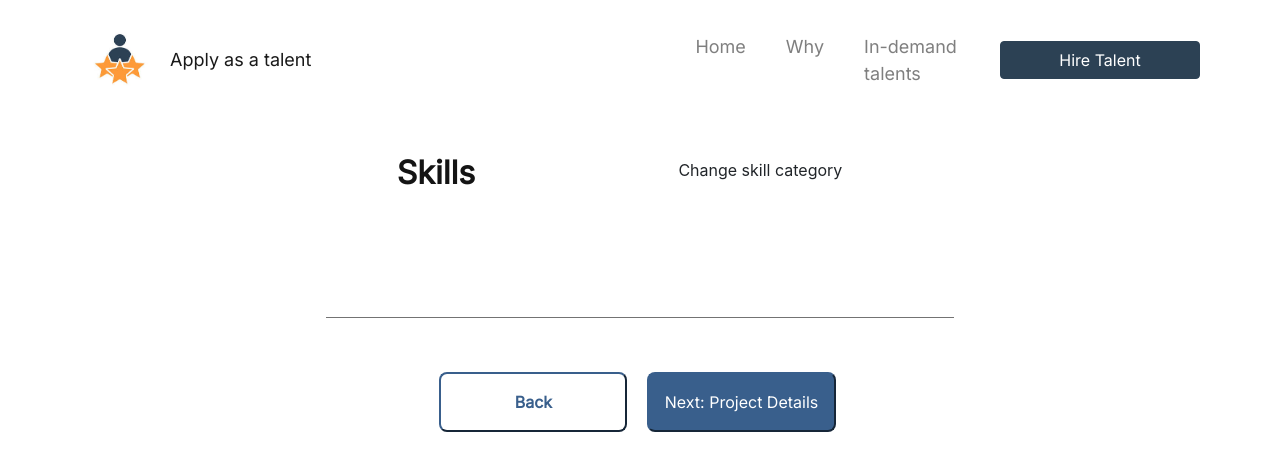
Repository: Ashwe9/talent-hire-reactJs
Page: /skills
These files come from the project's save history. The page is drawn as it stood at one moment and after the next save; the edit follows.
The browser window is 1280 px wide. The pictures show the whole page.
The project was rebuilt for these pictures with package versions that can differ from the ones it lists, and the page was loaded fresh each time. Also part of the build but not shown: src/homePage/components/TrustedBy/TrustedBy.css, src/homePage/components/TrustedBy/TrustedBy.js, src/homePage/components/Roles/Roles.css, src/homePage/components/Roles/Roles.js, src/homePage/components/homePageFooter/HomePageFooter.css, src/homePage/components/homePageFooter/HomePageFooter.js, src/homePage/HomePage.js, src/kpisPage/Header.css and 17 more.

Above is the page before, as saved 2022-08-25 15:35:28.

### public/index.html
<!DOCTYPE html>
<html lang="en">
  <head>
    <meta charset="utf-8" />
    <link rel="icon" href="%PUBLIC_URL%/favicon.ico" />
    <meta name="viewport" content="width=device-width, initial-scale=1" />
    <meta name="theme-color" content="#000000" />
    <meta
      name="description"
      content="Web site created using create-react-app"
    />
    <link rel="manifest" href="%PUBLIC_URL%/manifest.json" />
    <link rel="stylesheet" href="https://stackpath.bootstrapcdn.com/bootstrap/4.4.1/css/bootstrap.min.css" integrity="sha384-Vkoo8x4CGsO3+Hhxv8T/Q5PaXtkKtu6ug5TOeNV6gBiFeWPGFN9MuhOf23Q9Ifjh" crossorigin="anonymous">
    <link href='https://fonts.googleapis.com/css?family=Inter' rel='stylesheet'>

    <title>App</title>
  </head>
  <body>
    <noscript>You need to enable JavaScript to run this app.</noscript>
    <div id="root"></div>
    <script src="https://code.jquery.com/jquery-3.4.1.slim.min.js" integrity="sha384-J6qa4849blE2+poT4WnyKhv5vZF5SrPo0iEjwBvKU7imGFAV0wwj1yYfoRSJoZ+n" crossorigin="anonymous"></script>
    <script src="https://cdn.jsdelivr.net/npm/popper.js@1.16.0/dist/umd/popper.min.js" integrity="sha384-Q6E9RHvbIyZFJoft+2mJbHaEWldlvI9IOYy5n3zV9zzTtmI3UksdQRVvoxMfooAo" crossorigin="anonymous"></script>
    <script src="https://stackpath.bootstrapcdn.com/bootstrap/4.4.1/js/bootstrap.min.js" integrity="sha384-wfSDF2E50Y2D1uUdj0O3uMBJnjuUD4Ih7YwaYd1iqfktj0Uod8GCExl3Og8ifwB6" crossorigin="anonymous"></script>  </body>
</html>

### src/App.js
import React from 'react'
import { BrowserRouter as Router, Route, Routes, Navigate } from 'react-router-dom';
import { HomePage } from './homePage/HomePage';
import KPISPage from './kpisPage/KPISPage';
import ProjectDetails from './projectDetails/ProjectDetails';
import ProfessionalDetails from './professionalDetails/ProfessionalDetails';
import Skills from './skills/Skills';

function App() {
  return (
    <Router>
      <Routes>
        <Route exact path="*" element={<Navigate to="/" replace />}/>
        <Route exact path="/" element={<HomePage />} />
        <Route exact path="/kpis" element={<KPISPage />} />
        <Route exact path="/projectdetails" element={<ProjectDetails />} />
        <Route exact path="/professionaldetails" element={<ProfessionalDetails />} />
        <Route exact path="/skills" element={<Skills />} />

      </Routes>
    </Router>
  );
}

export default App;

### src/skills/Skills.js
import React from 'react'
import { Footer } from '../shared-components/Footer/Footer'
import { Navbar } from '../shared-components/Navbar/Navbar'
import Header from './Header'
import './Skills.css'

const Skills = () => {
  return (
    <div>
        <Navbar />
        <Header />
        <Footer nextTitle="Next: Project Details" nextPath="/projectdetails2" previousPath="/professionaldetails"/>
    </div>
  )
}

export default Skills

### src/shared-components/Navbar/Navbar.js
import React from 'react'
import './Navbar.css'
import { Navigate, useNavigate } from 'react-router-dom'

export const Navbar = () => {
  let navigate = useNavigate();

  return (
    <nav className="navbar navbar-expand-lg navbar-light">
      <img src= {require('../../assets/icon.png')} className="icon"/>
      <a className="navbar-brand title" href="#">Apply as a talent</a>
      <button className="navbar-toggler" type="button" data-toggle="collapse" data-target="#navbarText" aria-controls="navbarText" aria-expanded="false" aria-label="Toggle navigation">
        <span className="navbar-toggler-icon"></span>
      </button>
      <div className="collapse navbar-collapse" id="navbarText">
        <ul className="navbar-nav mr-auto">
          <li className="nav-item">
            <a className="nav-link" href="" onClick={() => {
                navigate('/', { replace: true });
              } }>Home</a>
          </li>

          <li className="nav-item">
            <a className="nav-link" href="#">Why</a>
          </li>
          <li className="nav-item">
            <a className="nav-link" href="#">In-demand talents</a>
          </li>
        </ul>
        <span className="navbar-text">
          <button className='btn btn-dark navbar-btn'>Hire Talent</button>
        </span>
      </div>
    </nav>
  )
}

### src/shared-components/Footer/Footer.js
import React from 'react'
import './Footer.css'
import { useNavigate  } from 'react-router-dom'


export  const Footer = ({nextTitle, nextPath, previousPath}) => {

  let navigate = useNavigate();

  const goNext = () => {
    let path =  nextPath;
    navigate(path);
  };
  const goBack = () => {
    let path =  previousPath;
    navigate(path);
  };

  return (
      <footer>
        <div className='Footer-box'>
            <hr id="footer-line"/>
            <div className='buttons'>
              <button className='Footer-button-back'
              onClick={goBack}
                >Back</button>

              <button className='Footer-button-next'
              onClick={goNext}
                >{nextTitle}</button>
        </div>
        </div>
      </footer>
    )
  }

### src/skills/Header.js
import React from 'react'
import './Header.css'


const Header = () => {
  return (
    <div className='box'>
      <div className='skills-header-box'>
        <p className='skills-header'>
            Skills
        </p>
      </div>
      <div className='category'>
        <p>
          Change skill category
        </p>
      </div>
    </div>
  )
}

export default Header

### src/shared-components/Navbar/Navbar.css
.icon{
    width: 80px;
}

.title{
    font-family: "Inter";
    font-style: normal;
    font-weight: 500;
    font-size: 18px;
    line-height: 28px;
    align-items: center;
    color: #444444;
    padding-left: 10px;
}

#navbarText{
    margin-left: 30%;
}
.navbar-items{
    margin: 0 35%;

}

.nav-item{
    font-family: "Inter";
    font-style: normal;
    font-weight: 500;
    font-size: 18px;
    align-items: center;
    color: #444444;
    padding-left: 24px;
}

.navbar-btn{
    font-family: "Inter";
    font-style: bold;
    background: #2c4154;
    /* padding: 5px 50px; */
    border-color: #2c4154;
    width: 200px;
}

.navbar{
    margin: 10px 5%;
}

@media only screen and (max-width: 600px) {
    body {
      background-color: lightblue;
    }
  }

### src/shared-components/Footer/Footer.css
#footer-line{
    background-color: gray;
    width: 50%;
}

.Footer-box{
    margin-top: 50px;
    padding: 1%;
}

.buttons{
    display: flex;
}

.Footer-button-back{
    margin-top: 3%;
    /* margin-left: 30%; */
    font-family: "Inter";
    font-style: bolder;
    font-weight: 700;
    padding: 1% 1%;
    background-color: white;
    border-color: #395f8c;
    color: #395f8c;
    height: 60px;
    width: 15%;
    border-radius: 0.5rem;
    margin-left: 34%;
    margin-bottom: 10%;
}
.Footer-button-next{
    margin-top: 3%;
    /* margin-left: 30%; */
    font-family: "Inter";
    font-style: bold;
    font-weight: 500;
    background: #395f8c;
    border-color: #395f8c;
    padding: 1% 1%;
    height: 60px;
    width: 15%;
    border-radius: 0.5rem;
    margin-bottom: 10%;
    margin-left: 20px;
    color: white;
    line-height: 1;
}

@media only screen and (max-width: 700px) {
    #footer-line{
        background-color: gray;
        width: 80%;
    }
    .Footer-button-next{
        padding: 2% ;
        height: 10%;
        width: fit-content;
        margin-left: 5%;
        font-size: 12px;
    }
    .Footer-button-back{
        padding: 2% ;
        height: 10%;
        width: 20%;
        margin-left: 20%;
        font-size: 12px;
    }
}

### src/skills/Header.css
.skills-header-box{
    padding: 3%;
    padding-bottom: 0%;
    align-items: center;
    width: 40%;
    margin-left: 28%;
}
.box{
    display: flex;
}

.category{
    padding: 3%;
    padding-bottom: 0%;
    align-items: center;
    width: 40%;
    margin-right: 28%;
}

.skills-header{
    font-family: "Inter";
    font-style: bolder;
    font-weight: 800;
    font-size: 32px;
    line-height: 30px;
    align-items: center;
    color: #141414;
    margin-bottom: 50px;
}


@media only screen and (max-width: 700px) {

    .skills-header{
        font-size: 16px;
    }
    .skills-header-box{
        margin-left: 40px;
        width: 100%;
    }
  }
@media only screen and (max-width: 450px) {
    .skills-header{
        font-size: 13px;
    }
    .skills-header-box{
        margin-left: 70px;
        width: 100%;
    }
}

Loaded but not shown: src/index.js (common file); src/reportWebVitals.js (common file); src/index.css (no stored copy; drawn as an empty file); src/kpisPage/KPISPage.css (no stored copy; drawn as an empty file); src/professionalDetails/ProfessionalDetails.css (no stored copy; drawn as an empty file); src/skills/Skills.css (no stored copy; drawn as an empty file)

After the next save:
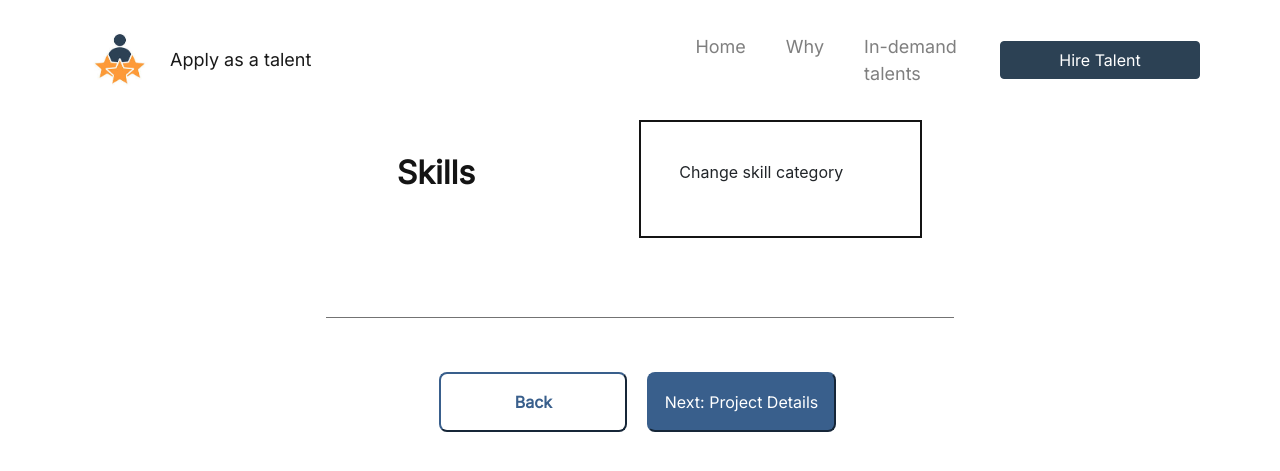
Saved 82 s later.
--- a/src/skills/Header.css
+++ b/src/skills/Header.css
@@ -15,6 +15,7 @@
     align-items: center;
     width: 40%;
     margin-right: 28%;
+    border: #141414 2px solid;
 }
 
 .skills-header{

After the save that followed:
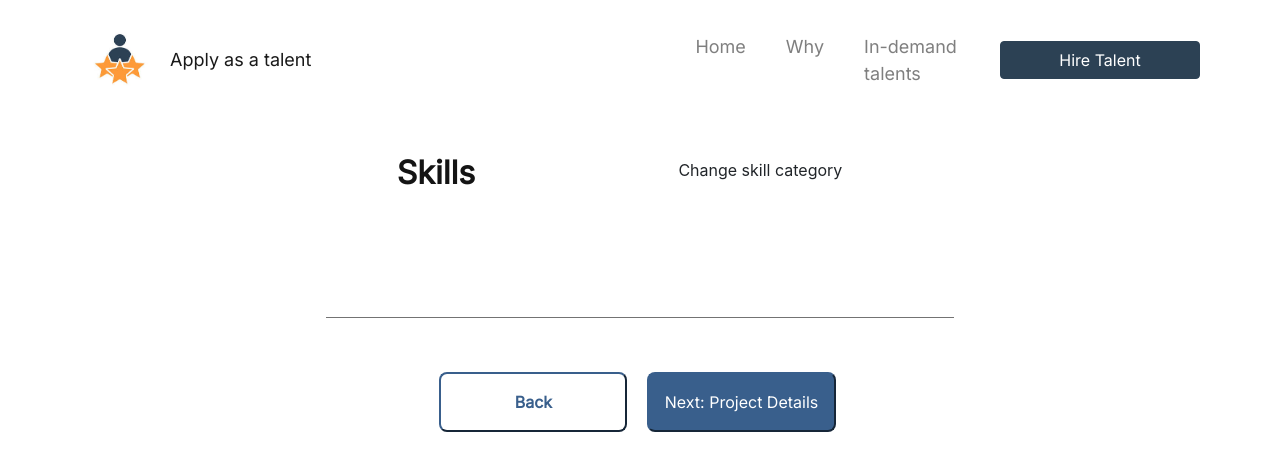
Saved 19 s later.
--- a/src/skills/Header.css
+++ b/src/skills/Header.css
@@ -15,7 +15,10 @@
     align-items: center;
     width: 40%;
     margin-right: 28%;
-    border: #141414 2px solid;
+}
+
+.category p{
+    border: #141414;
 }
 
 .skills-header{
